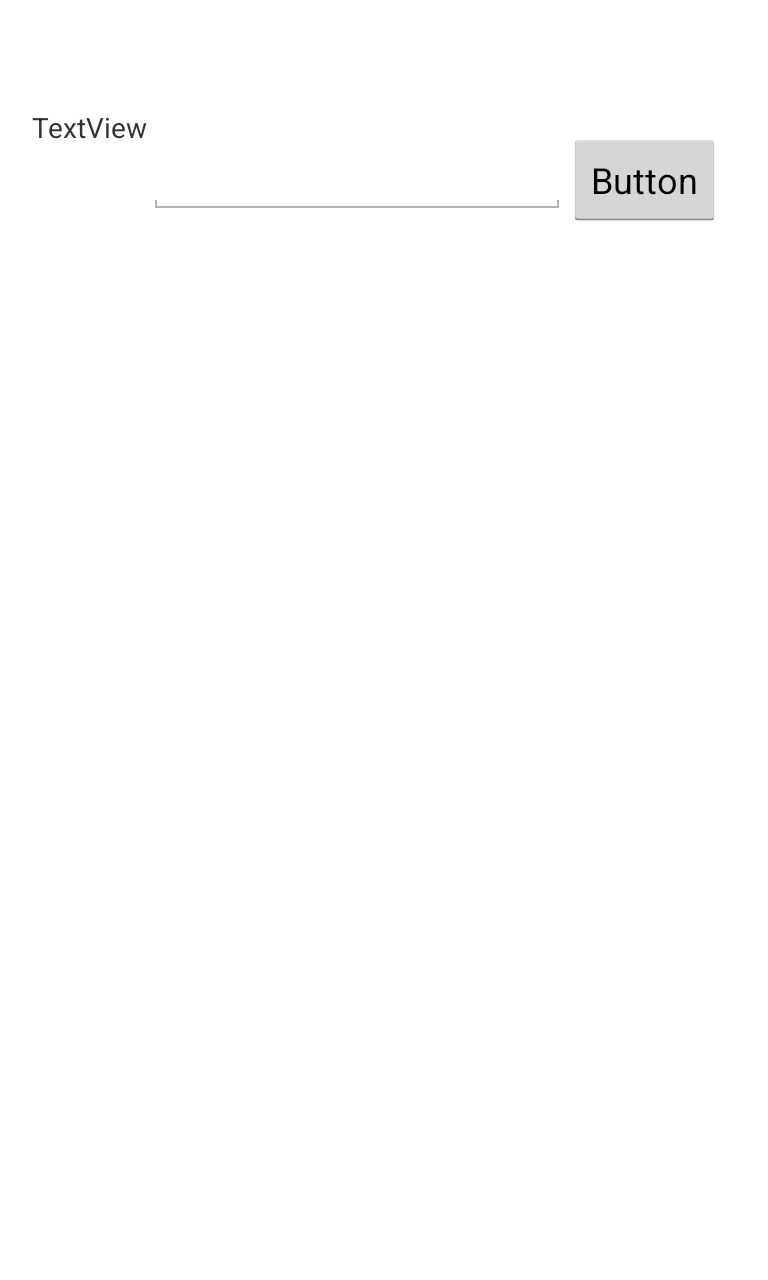
Repository: DongHuaLu/android
Layout: 24ActivityMessage/res/layout/activity_main.xml
An editor plug-in stored every save of this project. The layout is shown before and after a run of saves, followed by the edit.
It is drawn on a 768 x 1280 px phone screen (xhdpi) without system bars, with theme AppTheme; the app's code is not run.

Above is the layout before, as saved 2013-08-28 10:26:11.

### 24ActivityMessage/res/layout/activity_main.xml
<LinearLayout xmlns:android="http://schemas.android.com/apk/res/android"
    xmlns:tools="http://schemas.android.com/tools"
    android:layout_width="match_parent"
    android:layout_height="match_parent"
    android:paddingBottom="@dimen/activity_vertical_margin"
    android:paddingLeft="@dimen/activity_horizontal_margin"
    android:paddingRight="@dimen/activity_horizontal_margin"
    android:paddingTop="@dimen/activity_vertical_margin"
    tools:context=".MainActivity" >

    <TextView
        android:id="@+id/textView1"
        android:layout_width="wrap_content"
        android:layout_height="wrap_content"
        android:layout_alignParentTop="true"
        android:layout_centerHorizontal="true"
        android:layout_marginTop="22dp"
        android:text="TextView" />

    <EditText
        android:id="@+id/editText1"
        android:layout_width="wrap_content"
        android:layout_height="wrap_content"
        android:layout_alignParentTop="true"
        android:layout_centerHorizontal="true"
        android:layout_marginTop="48dp"
        android:ems="10" />

    <Button
        android:id="@+id/button1"
        android:layout_width="wrap_content"
        android:layout_height="wrap_content"
        android:layout_below="@+id/editText1"
        android:layout_centerHorizontal="true"
        android:layout_marginTop="50dp"
        android:text="Button" />

</LinearLayout>

Loaded but not shown: 24ActivityMessage/res/values/styles.xml (common file); 24ActivityMessage/res/values-v11/styles.xml (common file); 24ActivityMessage/res/values-v14/styles.xml (common file); 24ActivityMessage/res/values/dimens.xml (common file)

After the next 2 saves:
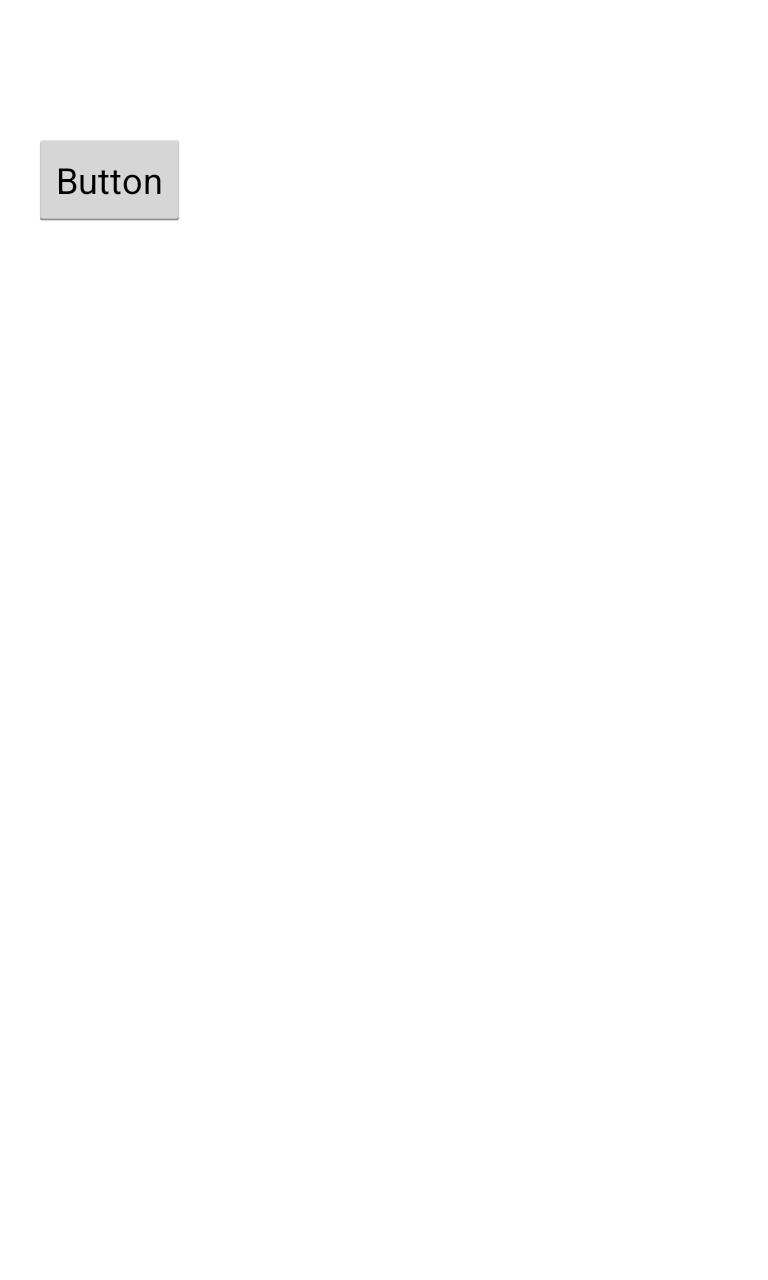
The 2 saves are shown as one change because they came seconds apart.
The last was saved 26 s later.
--- a/24ActivityMessage/res/layout/activity_main.xml
+++ b/24ActivityMessage/res/layout/activity_main.xml
@@ -8,23 +8,14 @@
     android:paddingTop="@dimen/activity_vertical_margin"
     tools:context=".MainActivity" >
 
-    <TextView
-        android:id="@+id/textView1"
-        android:layout_width="wrap_content"
+    <EditText
+        android:id="@+id/editText1"
+        android:layout_width=""
         android:layout_height="wrap_content"
         android:layout_alignParentTop="true"
         android:layout_centerHorizontal="true"
-        android:layout_marginTop="22dp"
-        android:text="TextView" />
 
-    <EditText
-        android:id="@+id/editText1"
-        android:layout_width="wrap_content"
-        android:layout_height="wrap_content"
-        android:layout_alignParentTop="true"
-        android:layout_centerHorizontal="true"
-        android:layout_marginTop="48dp"
-        android:ems="10" />
+        />
 
     <Button
         android:id="@+id/button1"
